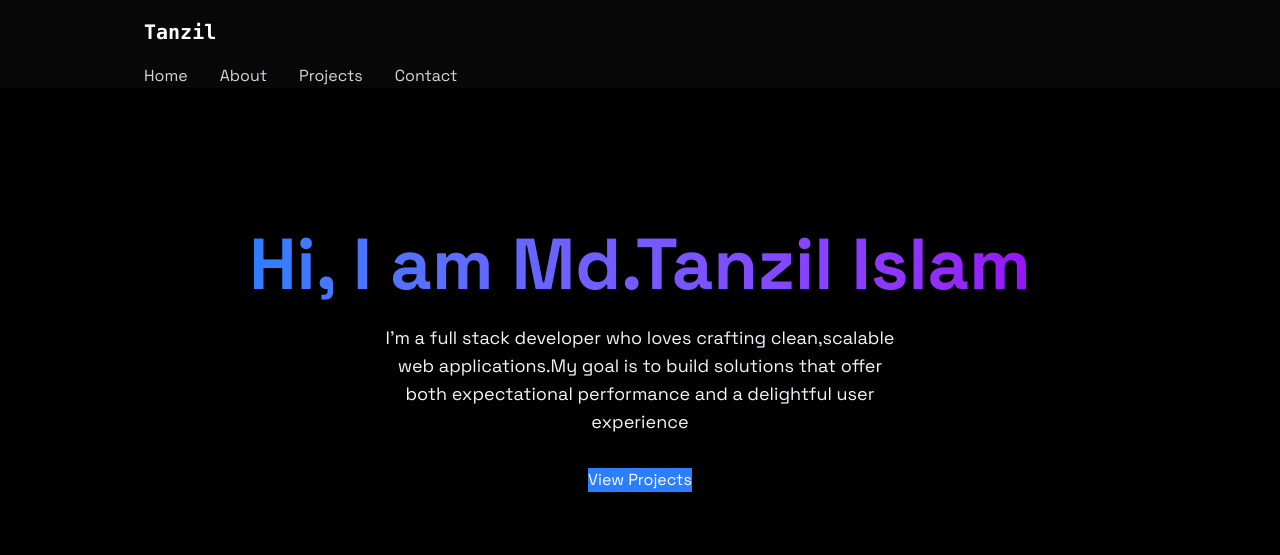
Repository: tanimtanzilislam/my_portfolio
Page: /
The author's editor kept a copy of each file at every save. The page is drawn from the files as they stood at one save, then again after the next save.
The browser window is 1280 px wide. The pictures show the whole page.
The project was rebuilt for these pictures with package versions that can differ from the ones it lists, and the page was loaded fresh each time. Also part of the build but not shown: vite.config.js.

Above is the page before, as saved 2025-05-10 12:17:14.

After the next save:
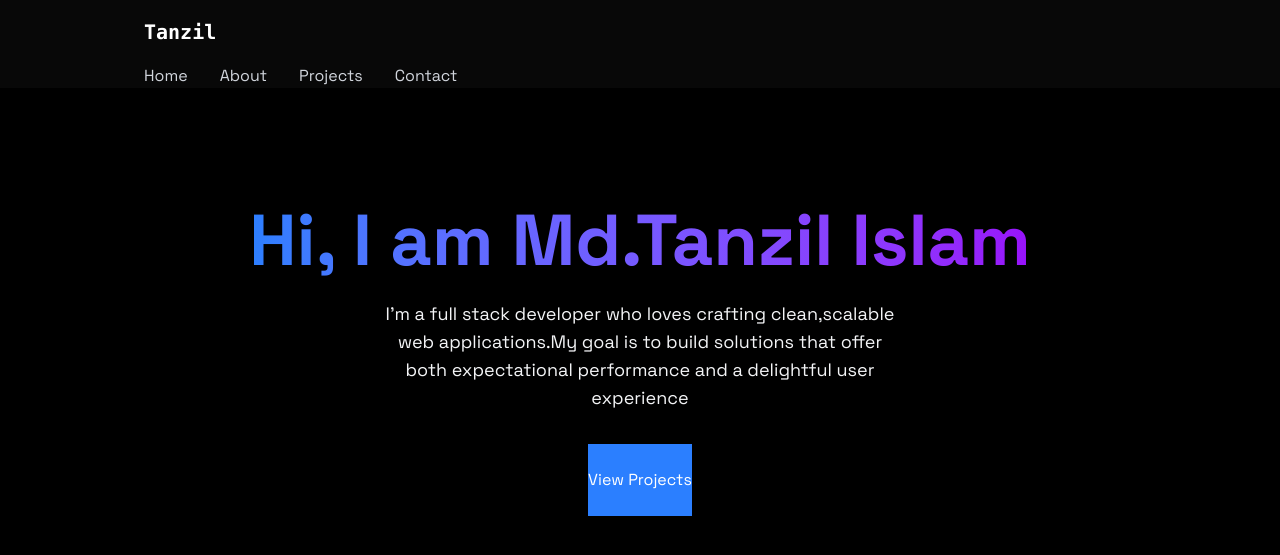
Saved 5 s later.
--- a/src/components/sections/Home.jsx
+++ b/src/components/sections/Home.jsx
@@ -6,7 +6,7 @@ export const Home =()=>{
                     I'm a full stack developer who loves crafting clean,scalable web applications.My goal is to build solutions that offer both expectational performance and a delightful user experience                </p>
 
            <div className="flex justify-center space-x-4">
-            <a href="#projects " className="bg-blue-500 text-white ">
+            <a href="#projects " className="bg-blue-500 text-white py-3 py-6">
                 View Projects
             </a>
            </div>
